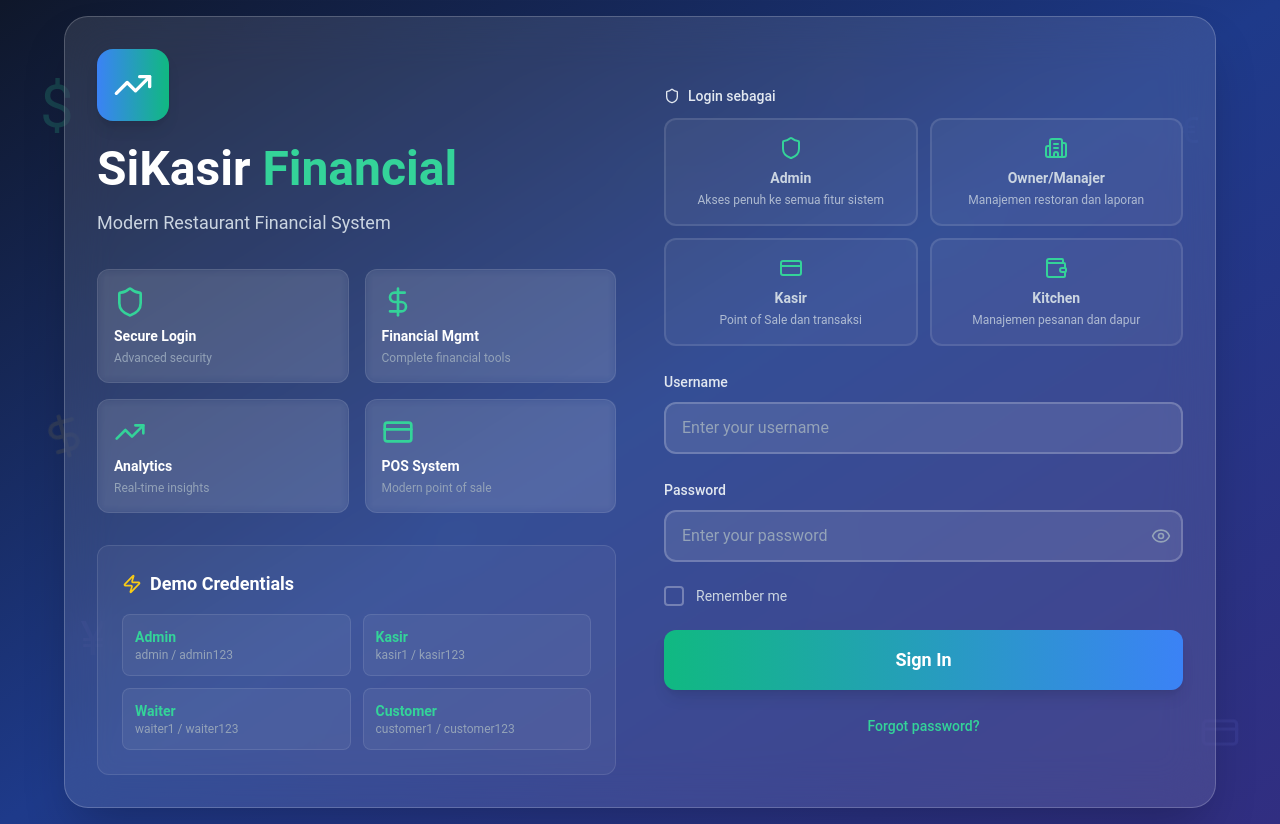
Repository: luthfirf17/SiKasir
Page: / (app in frontend/)
These files come from the project's save history. The page is drawn as it stood at one moment and after the next save; the edit follows.
The browser window is 1280 px wide. The pictures show the whole page.
The page's requests for data from a server got no answer. The project was rebuilt for these pictures with package versions that can differ from the ones it lists, and the page was loaded fresh each time. No one was signed in, and anything a server would have sent is missing. Also part of the build but not shown: frontend/src/modules/admin/config/navigationConfig.ts, frontend/src/modules/admin/components/ModernAdminNavigation.tsx, frontend/src/modules/admin/components/AdminNavbar.tsx, frontend/src/modules/admin/layouts/AdminLayout.tsx, frontend/src/modules/admin/pages/DashboardPage.tsx, frontend/src/services/MenuService.ts, frontend/src/utils/menuDataConverter.ts, frontend/src/hooks/useMenuData.ts and 19 more.

Above is the page before, as saved 2025-09-25 17:11:39.

After the next save:
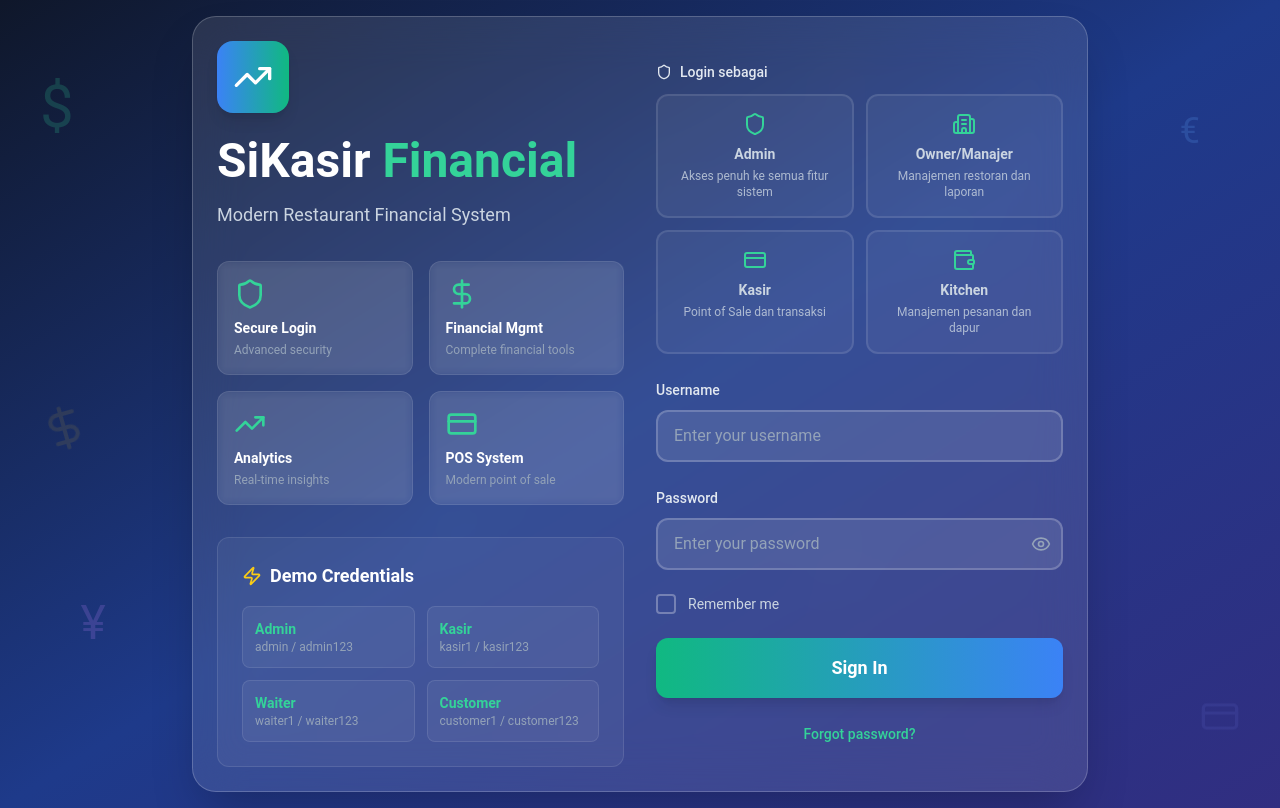
Saved 2 min 5 s later.
--- a/frontend/src/pages/LoginPage.tsx
+++ b/frontend/src/pages/LoginPage.tsx
@@ -193,9 +193,9 @@ const LoginPage = () => {
       </div>
 
       {/* Desktop/Tablet Layout - Side by Side */}
-      <div className="hidden lg:block w-full max-w-6xl relative">
-        <div className="bg-white/10 backdrop-blur-xl border border-white/20 rounded-3xl p-8 shadow-2xl relative overflow-hidden">
-          <div className="grid grid-cols-2 gap-12 items-center">
+      <div className="hidden lg:block w-full max-w-4xl relative">
+        <div className="bg-white/10 backdrop-blur-xl border border-white/20 rounded-3xl p-6 shadow-2xl relative overflow-hidden">
+          <div className="grid grid-cols-2 gap-8 items-center">
             {/* Left Side - Branding & Features */}
             <div className="space-y-8">
               <div className="text-center lg:text-left">
